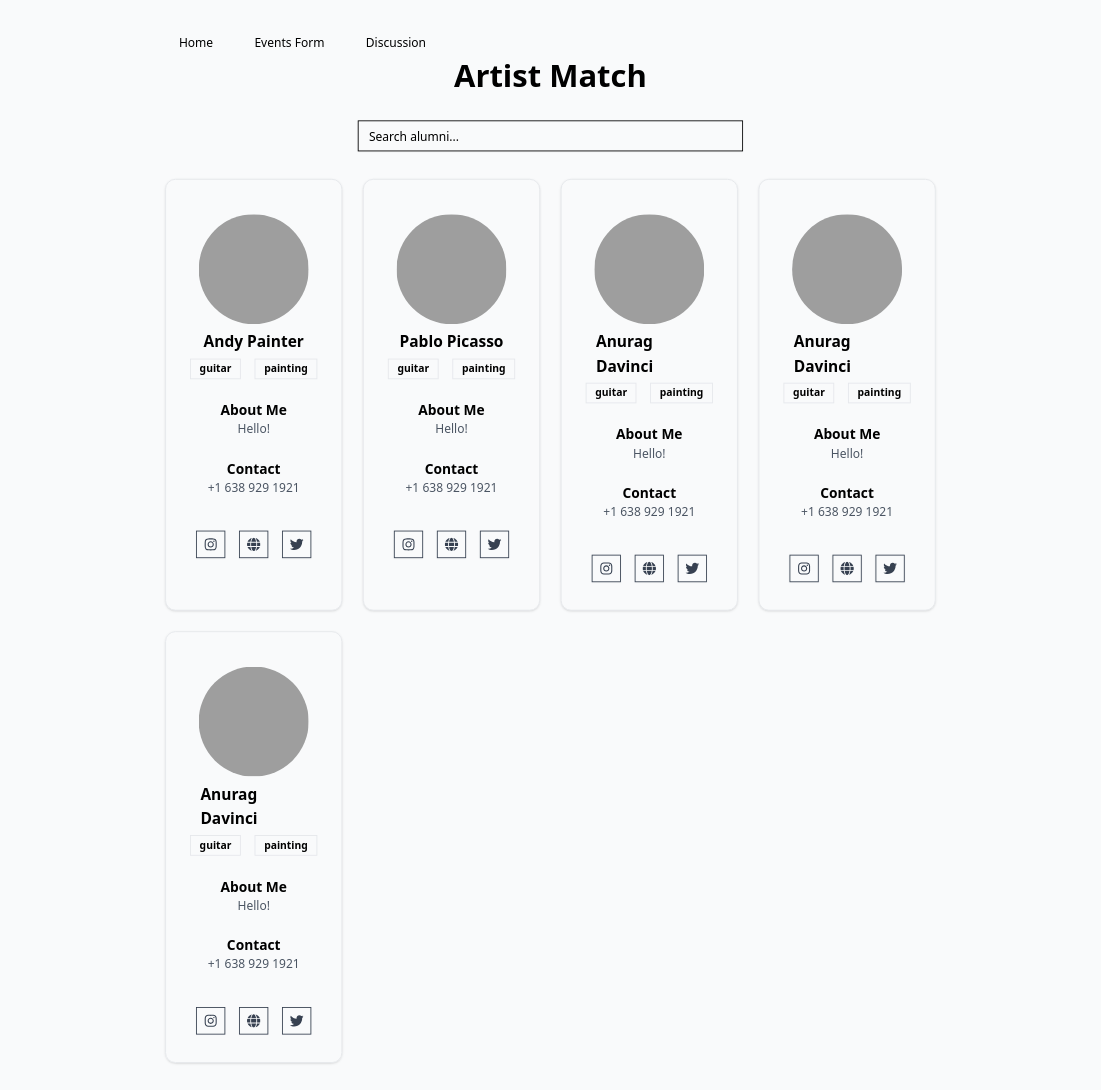
Repository: cfgcolumbus24/Team-12
Page: /home (app in lmcc-ui/)
The author's editor kept a copy of each file at every save. The page is drawn from the files as they stood at one save, then again after the next save.
The browser window is 1280 px wide. The pictures show the whole page, at 86% of full size.
Pictures or frames that could not be fetched are drawn as grey boxes. The project was rebuilt for these pictures with package versions that can differ from the ones it lists, and the page was loaded fresh each time. The framework's server and built-in components were replaced by stand-ins that run in the browser. Also part of the build but not shown: lmcc-ui/next.config.mjs.

Above is the page before, as saved 2024-11-01 20:54:31.

### lmcc-ui/src/app/home/page.js
"use client";

import { Input } from "@/components/ui/input";
import Navbar from "@/components/ui/Navbar";
import ProfileUnit from "../profileunit";

import { useState } from "react";

export default function AlumniPanel() {
  const [searchTerm, setSearchTerm] = useState("");

  // Sample data for alumni
  const alumniData = [
    {
      id: 1,
      name: "Andy Painter",
      picture: "https://github.com/shadcn.png",
      bio: "Hello!",
      topics: { first: "guitar", second: "painting" },
      contact: "+1 638 929 1921",
      twitter: "https://x.com/LMCC",
      instagram: "https://www.instagram.com/lmcc_nyc",
      portfolio: "https://www.journoportfolio.com/examples/artists/",
    },
    {
      id: 2,
      name: "Pablo Picasso",
      picture: "https://github.com/shadcn.png",
      bio: "Hello!",
      topics: { first: "guitar", second: "painting" },
      contact: "+1 638 929 1921",
      twitter: "https://x.com/LMCC",
      instagram: "https://www.instagram.com/lmcc_nyc",
      portfolio: "https://www.journoportfolio.com/examples/artists/",
    },
    {
      id: 3,
      name: "Anurag Davinci",
      picture: "https://github.com/shadcn.png",
      bio: "Hello!",
      topics: { first: "guitar", second: "painting" },
      contact: "+1 638 929 1921",
      twitter: "https://x.com/LMCC",
      instagram: "https://www.instagram.com/lmcc_nyc",
      portfolio: "https://www.journoportfolio.com/examples/artists/",
    },
    {
      id: 4,
      name: "Anurag Davinci",
      picture: "https://github.com/shadcn.png",
      bio: "Hello!",
      topics: { first: "guitar", second: "painting" },
      contact: "+1 638 929 1921",
      twitter: "https://x.com/LMCC",
      instagram: "https://www.instagram.com/lmcc_nyc",
      portfolio: "https://www.journoportfolio.com/examples/artists/",
    },
    {
      id: 5,
      name: "Anurag Davinci",
      picture: "https://github.com/shadcn.png",
      bio: "Hello!",
      topics: { first: "guitar", second: "painting" },
      contact: "+1 638 929 1921",
      twitter: "https://x.com/LMCC",
      instagram: "https://www.instagram.com/lmcc_nyc",
      portfolio: "https://www.journoportfolio.com/examples/artists/",
    },
    // Add more fake data entries if needed
  ];

  // Filter alumni based on the search term
  const filteredAlumni = alumniData.filter((alumnus) =>
    alumnus.name.toLowerCase().includes(searchTerm.toLowerCase())
  );

  return (
    <div className="min-h-screen bg-gray-50 py-8 px-4">
      <div className="max-w-4xl mx-auto">
        <Navbar />

        <h1 className="text-4xl font-bold text-center mb-8">Artist Match</h1>

        {/* Search Input */}
        <div className="mb-8 flex justify-center">
          <Input
            type="text"
            placeholder="Search alumni..."
            className="w-full max-w-md"
            value={searchTerm}
            onChange={(e) => setSearchTerm(e.target.value)}
          />
        </div>

        {/* Alumni Grid */}
        <div className="grid gap-6 sm:grid-cols-2 md:grid-cols-3 lg:grid-cols-4">
          {filteredAlumni.map((alumnus) => (
            <ProfileUnit
              key={alumnus.id}
              name={alumnus.name}
              avatar={alumnus.picture}
              bio={alumnus.bio}
              topics={alumnus.topics}
              number={alumnus.contact}
              twitter={alumnus.twitter}
              instagram={alumnus.instagram}
              website={alumnus.portfolio}
            />
          ))}
        </div>
      </div>
    </div>
  );
}

### lmcc-ui/src/components/ui/Navbar.js
"use client";
import {
  NavigationMenu,
  NavigationMenuContent,
  NavigationMenuIndicator,
  NavigationMenuItem,
  NavigationMenuLink,
  NavigationMenuList,
  NavigationMenuTrigger,
  NavigationMenuViewport,
} from "@/components/ui/navigation-menu";
import { navigationMenuTriggerStyle } from "@/components/ui/navigation-menu";
import Link from "next/link";

export default function Navbar() {
  return (
    <NavigationMenu>
      <NavigationMenuList className="flex space-x-4">
        {" "}
        <NavigationMenuItem>
          <Link href="/home" passHref>
            <NavigationMenuLink className={navigationMenuTriggerStyle()}>
              Home
            </NavigationMenuLink>
          </Link>
        </NavigationMenuItem>
        <NavigationMenuItem>
          <Link href="/form" passHref>
            <NavigationMenuLink className={navigationMenuTriggerStyle()}>
              Events Form
            </NavigationMenuLink>
          </Link>
        </NavigationMenuItem>
        <NavigationMenuItem>
          <Link href="/discussion" passHref>
            <NavigationMenuLink className={navigationMenuTriggerStyle()}>
              Discussion
            </NavigationMenuLink>
          </Link>
        </NavigationMenuItem>
      </NavigationMenuList>
    </NavigationMenu>
  );
}

### lmcc-ui/src/app/profileunit.js
import React from "react";
import {
  Card,
  CardContent,
  CardDescription,
  CardFooter,
  CardHeader,
  CardTitle,
} from "@/components/ui/card";
import { Avatar, AvatarFallback, AvatarImage } from "@/components/ui/avatar";
import { Button } from "@/components/ui/button";
import { Badge } from "@/components/ui/badge";
import { FaInstagram, FaGlobe, FaTwitter } from "react-icons/fa"; // Import icons from react-icons

const ProfileUnit = ({
  name,
  avatar,
  bio,
  topics,
  number,
  instagram,
  website,
  twitter,
}) => {
  return (
    <Card className="max-w-sm p-4">
      <CardHeader className="flex flex-col items-center">
        <Avatar className="h-32 w-32">
          <AvatarImage src={avatar} />
          <AvatarFallback>Image</AvatarFallback>
        </Avatar>
        <h2 className="mt-4 text-lg font-semibold">{name}</h2>
        <div className="flex space-x-4 items-center justify-center">
          {topics.first && (
            <Badge className="h-6 w-15" variant="outline">
              {topics.first}
            </Badge>
          )}
          {topics.second && (
            <Badge className="h-6 w-15" variant="outline">
              {topics.second}
            </Badge>
          )}
        </div>
      </CardHeader>
      <CardContent>
        <div>
          <h3 className="text-md font-semibold flex-wrap text-center">
            About Me
          </h3>
          <p className="text-sm text-gray-600 flex-wrap text-center">{bio}</p>
        </div>
        <br />
        <div>
          <h3 className="text-md font-semibold flex-wrap text-center">
            Contact
          </h3>
          <p className="text-sm text-gray-600 flex-wrap text-center">
            {number}
          </p>
        </div>
      </CardContent>
      <CardFooter className="flex flex-col items-center text-gray-700 text-sm p-4 flex-wrap text-center">
        <div className="flex space-x-4 items-center">
          <a href={instagram} target="_blank" rel="noopener noreferrer">
            <Button className="h-8 w-8" variant="outline">
              <FaInstagram />
            </Button>
          </a>
          <a href={website} target="_blank" rel="noopener noreferrer">
            <Button className="h-8 w-8" variant="outline">
              <FaGlobe />
            </Button>
          </a>
          <a href={twitter} target="_blank" rel="noopener noreferrer">
            <Button className="h-8 w-8" variant="outline">
              <FaTwitter />
            </Button>
          </a>
        </div>
      </CardFooter>
    </Card>
  );
};

export default ProfileUnit;

### lmcc-ui/src/components/ui/navigation-menu.jsx
import * as React from "react"
import { ChevronDownIcon } from "@radix-ui/react-icons"
import * as NavigationMenuPrimitive from "@radix-ui/react-navigation-menu"
import { cva } from "class-variance-authority"

import { cn } from "@/lib/utils"

const NavigationMenu = React.forwardRef(({ className, children, ...props }, ref) => (
  <NavigationMenuPrimitive.Root
    ref={ref}
    className={cn(
      "relative z-10 flex max-w-max flex-1 items-center justify-center",
      className
    )}
    {...props}>
    {children}
    <NavigationMenuViewport />
  </NavigationMenuPrimitive.Root>
))
NavigationMenu.displayName = NavigationMenuPrimitive.Root.displayName

const NavigationMenuList = React.forwardRef(({ className, ...props }, ref) => (
  <NavigationMenuPrimitive.List
    ref={ref}
    className={cn(
      "group flex flex-1 list-none items-center justify-center space-x-1",
      className
    )}
    {...props} />
))
NavigationMenuList.displayName = NavigationMenuPrimitive.List.displayName

const NavigationMenuItem = NavigationMenuPrimitive.Item

const navigationMenuTriggerStyle = cva(
  "group inline-flex h-9 w-max items-center justify-center rounded-md bg-background px-4 py-2 text-sm font-medium transition-colors hover:bg-accent hover:text-accent-foreground focus:bg-accent focus:text-accent-foreground focus:outline-none disabled:pointer-events-none disabled:opacity-50 data-[active]:bg-accent/50 data-[state=open]:bg-accent/50"
)

const NavigationMenuTrigger = React.forwardRef(({ className, children, ...props }, ref) => (
  <NavigationMenuPrimitive.Trigger
    ref={ref}
    className={cn(navigationMenuTriggerStyle(), "group", className)}
    {...props}>
    {children}{" "}
    <ChevronDownIcon
      className="relative top-[1px] ml-1 h-3 w-3 transition duration-300 group-data-[state=open]:rotate-180"
      aria-hidden="true" />
  </NavigationMenuPrimitive.Trigger>
))
NavigationMenuTrigger.displayName = NavigationMenuPrimitive.Trigger.displayName

const NavigationMenuContent = React.forwardRef(({ className, ...props }, ref) => (
  <NavigationMenuPrimitive.Content
    ref={ref}
    className={cn(
      "left-0 top-0 w-full data-[motion^=from-]:animate-in data-[motion^=to-]:animate-out data-[motion^=from-]:fade-in data-[motion^=to-]:fade-out data-[motion=from-end]:slide-in-from-right-52 data-[motion=from-start]:slide-in-from-left-52 data-[motion=to-end]:slide-out-to-right-52 data-[motion=to-start]:slide-out-to-left-52 md:absolute md:w-auto ",
      className
    )}
    {...props} />
))
NavigationMenuContent.displayName = NavigationMenuPrimitive.Content.displayName

const NavigationMenuLink = NavigationMenuPrimitive.Link

const NavigationMenuViewport = React.forwardRef(({ className, ...props }, ref) => (
  <div className={cn("absolute left-0 top-full flex justify-center")}>
    <NavigationMenuPrimitive.Viewport
      className={cn(
        "origin-top-center relative mt-1.5 h-[var(--radix-navigation-menu-viewport-height)] w-full overflow-hidden rounded-md border bg-popover text-popover-foreground shadow data-[state=open]:animate-in data-[state=closed]:animate-out data-[state=closed]:zoom-out-95 data-[state=open]:zoom-in-90 md:w-[var(--radix-navigation-menu-viewport-width)]",
        className
      )}
      ref={ref}
      {...props} />
  </div>
))
NavigationMenuViewport.displayName =
  NavigationMenuPrimitive.Viewport.displayName

const NavigationMenuIndicator = React.forwardRef(({ className, ...props }, ref) => (
  <NavigationMenuPrimitive.Indicator
    ref={ref}
    className={cn(
      "top-full z-[1] flex h-1.5 items-end justify-center overflow-hidden data-[state=visible]:animate-in data-[state=hidden]:animate-out data-[state=hidden]:fade-out data-[state=visible]:fade-in",
      className
    )}
    {...props}>
    <div
      className="relative top-[60%] h-2 w-2 rotate-45 rounded-tl-sm bg-border shadow-md" />
  </NavigationMenuPrimitive.Indicator>
))
NavigationMenuIndicator.displayName =
  NavigationMenuPrimitive.Indicator.displayName

export {
  navigationMenuTriggerStyle,
  NavigationMenu,
  NavigationMenuList,
  NavigationMenuItem,
  NavigationMenuContent,
  NavigationMenuTrigger,
  NavigationMenuLink,
  NavigationMenuIndicator,
  NavigationMenuViewport,
}

### lmcc-ui/src/components/ui/card.jsx
import * as React from "react"

import { cn } from "@/lib/utils"

const Card = React.forwardRef(({ className, ...props }, ref) => (
  <div
    ref={ref}
    className={cn("rounded-xl border bg-card text-card-foreground shadow", className)}
    {...props} />
))
Card.displayName = "Card"

const CardHeader = React.forwardRef(({ className, ...props }, ref) => (
  <div
    ref={ref}
    className={cn("flex flex-col space-y-1.5 p-6", className)}
    {...props} />
))
CardHeader.displayName = "CardHeader"

const CardTitle = React.forwardRef(({ className, ...props }, ref) => (
  <h3
    ref={ref}
    className={cn("font-semibold leading-none tracking-tight", className)}
    {...props} />
))
CardTitle.displayName = "CardTitle"

const CardDescription = React.forwardRef(({ className, ...props }, ref) => (
  <p
    ref={ref}
    className={cn("text-sm text-muted-foreground", className)}
    {...props} />
))
CardDescription.displayName = "CardDescription"

const CardContent = React.forwardRef(({ className, ...props }, ref) => (
  <div ref={ref} className={cn("p-6 pt-0", className)} {...props} />
))
CardContent.displayName = "CardContent"

const CardFooter = React.forwardRef(({ className, ...props }, ref) => (
  <div
    ref={ref}
    className={cn("flex items-center p-6 pt-0", className)}
    {...props} />
))
CardFooter.displayName = "CardFooter"

export { Card, CardHeader, CardFooter, CardTitle, CardDescription, CardContent }

### lmcc-ui/src/components/ui/avatar.jsx
"use client"

import * as React from "react"
import * as AvatarPrimitive from "@radix-ui/react-avatar"

import { cn } from "@/lib/utils"

const Avatar = React.forwardRef(({ className, ...props }, ref) => (
  <AvatarPrimitive.Root
    ref={ref}
    className={cn("relative flex h-10 w-10 shrink-0 overflow-hidden rounded-full", className)}
    {...props} />
))
Avatar.displayName = AvatarPrimitive.Root.displayName

const AvatarImage = React.forwardRef(({ className, ...props }, ref) => (
  <AvatarPrimitive.Image
    ref={ref}
    className={cn("aspect-square h-full w-full", className)}
    {...props} />
))
AvatarImage.displayName = AvatarPrimitive.Image.displayName

const AvatarFallback = React.forwardRef(({ className, ...props }, ref) => (
  <AvatarPrimitive.Fallback
    ref={ref}
    className={cn(
      "flex h-full w-full items-center justify-center rounded-full bg-muted",
      className
    )}
    {...props} />
))
AvatarFallback.displayName = AvatarPrimitive.Fallback.displayName

export { Avatar, AvatarImage, AvatarFallback }

### lmcc-ui/src/components/ui/button.jsx
import * as React from "react"
import { Slot } from "@radix-ui/react-slot"
import { cva } from "class-variance-authority";

import { cn } from "@/lib/utils"

const buttonVariants = cva(
  "inline-flex items-center justify-center gap-2 whitespace-nowrap rounded-md text-sm font-medium transition-colors focus-visible:outline-none focus-visible:ring-1 focus-visible:ring-ring disabled:pointer-events-none disabled:opacity-50 [&_svg]:pointer-events-none [&_svg]:size-4 [&_svg]:shrink-0",
  {
    variants: {
      variant: {
        default:
          "bg-primary text-primary-foreground shadow hover:bg-primary/90",
        destructive:
          "bg-destructive text-destructive-foreground shadow-sm hover:bg-destructive/90",
        outline:
          "border border-input bg-background shadow-sm hover:bg-accent hover:text-accent-foreground",
        secondary:
          "bg-secondary text-secondary-foreground shadow-sm hover:bg-secondary/80",
        ghost: "hover:bg-accent hover:text-accent-foreground",
        link: "text-primary underline-offset-4 hover:underline",
      },
      size: {
        default: "h-9 px-4 py-2",
        sm: "h-8 rounded-md px-3 text-xs",
        lg: "h-10 rounded-md px-8",
        icon: "h-9 w-9",
      },
    },
    defaultVariants: {
      variant: "default",
      size: "default",
    },
  }
)

const Button = React.forwardRef(({ className, variant, size, asChild = false, ...props }, ref) => {
  const Comp = asChild ? Slot : "button"
  return (
    (<Comp
      className={cn(buttonVariants({ variant, size, className }))}
      ref={ref}
      {...props} />)
  );
})
Button.displayName = "Button"

export { Button, buttonVariants }

### lmcc-ui/src/components/ui/badge.jsx
import * as React from "react"
import { cva } from "class-variance-authority";

import { cn } from "@/lib/utils"

const badgeVariants = cva(
  "inline-flex items-center rounded-md border px-2.5 py-0.5 text-xs font-semibold transition-colors focus:outline-none focus:ring-2 focus:ring-ring focus:ring-offset-2",
  {
    variants: {
      variant: {
        default:
          "border-transparent bg-primary text-primary-foreground shadow hover:bg-primary/80",
        secondary:
          "border-transparent bg-secondary text-secondary-foreground hover:bg-secondary/80",
        destructive:
          "border-transparent bg-destructive text-destructive-foreground shadow hover:bg-destructive/80",
        outline: "text-foreground",
      },
    },
    defaultVariants: {
      variant: "default",
    },
  }
)

function Badge({
  className,
  variant,
  ...props
}) {
  return (<div className={cn(badgeVariants({ variant }), className)} {...props} />);
}

export { Badge, badgeVariants }

Loaded but not shown: lmcc-ui/src/app/layout.js (common file); lmcc-ui/src/app/globals.css (common file); lmcc-ui/src/components/ui/input.jsx (common file); lmcc-ui/src/lib/utils.js (common file); lmcc-ui/tailwind.config.js (common file)

After the next save:
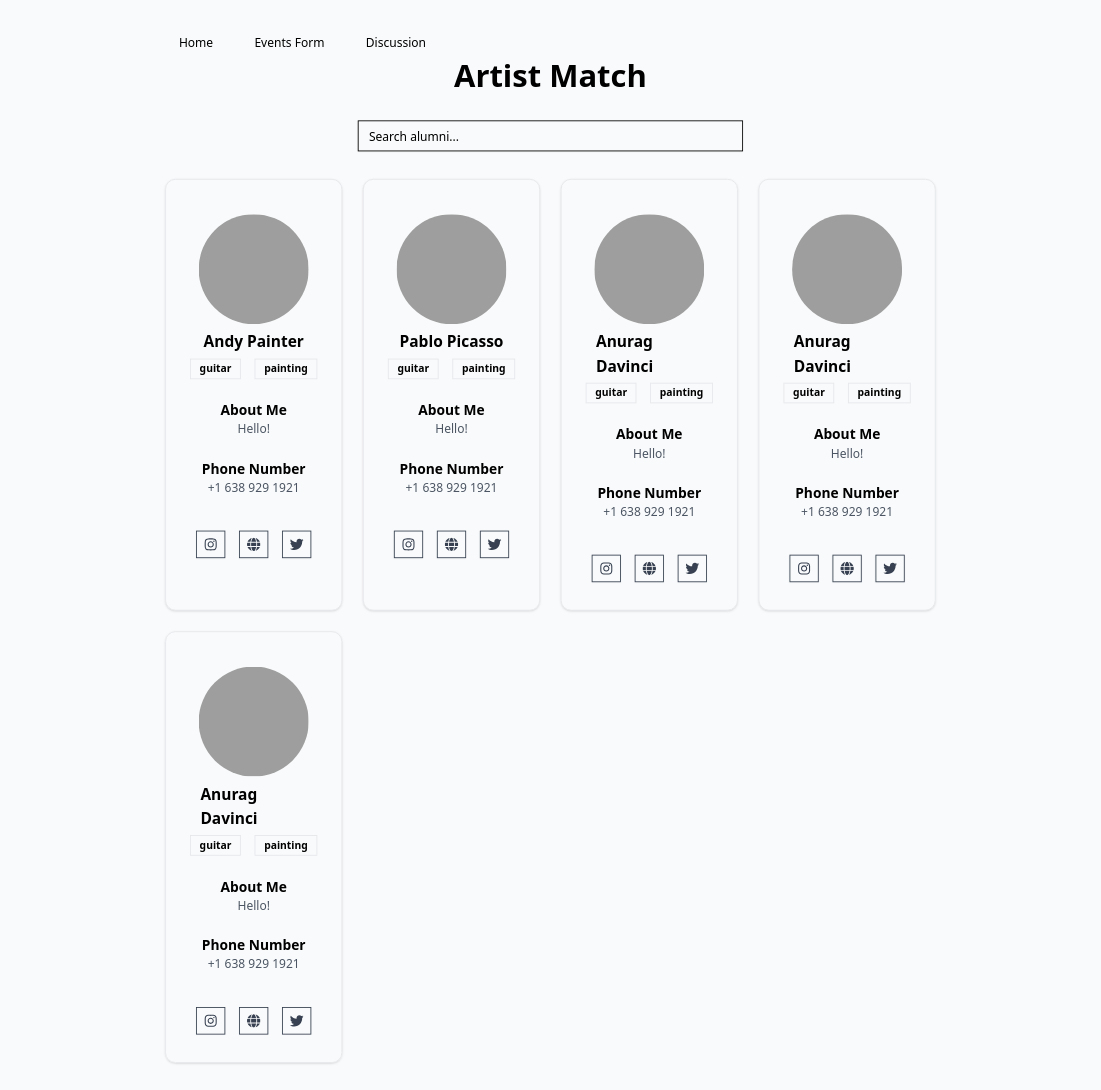
Saved 77 s later.
--- a/lmcc-ui/src/app/profileunit.js
+++ b/lmcc-ui/src/app/profileunit.js
@@ -53,7 +53,7 @@ const ProfileUnit = ({
         <br />
         <div>
           <h3 className="text-md font-semibold flex-wrap text-center">
-            Contact
+            Phone Number
           </h3>
           <p className="text-sm text-gray-600 flex-wrap text-center">
             {number}
